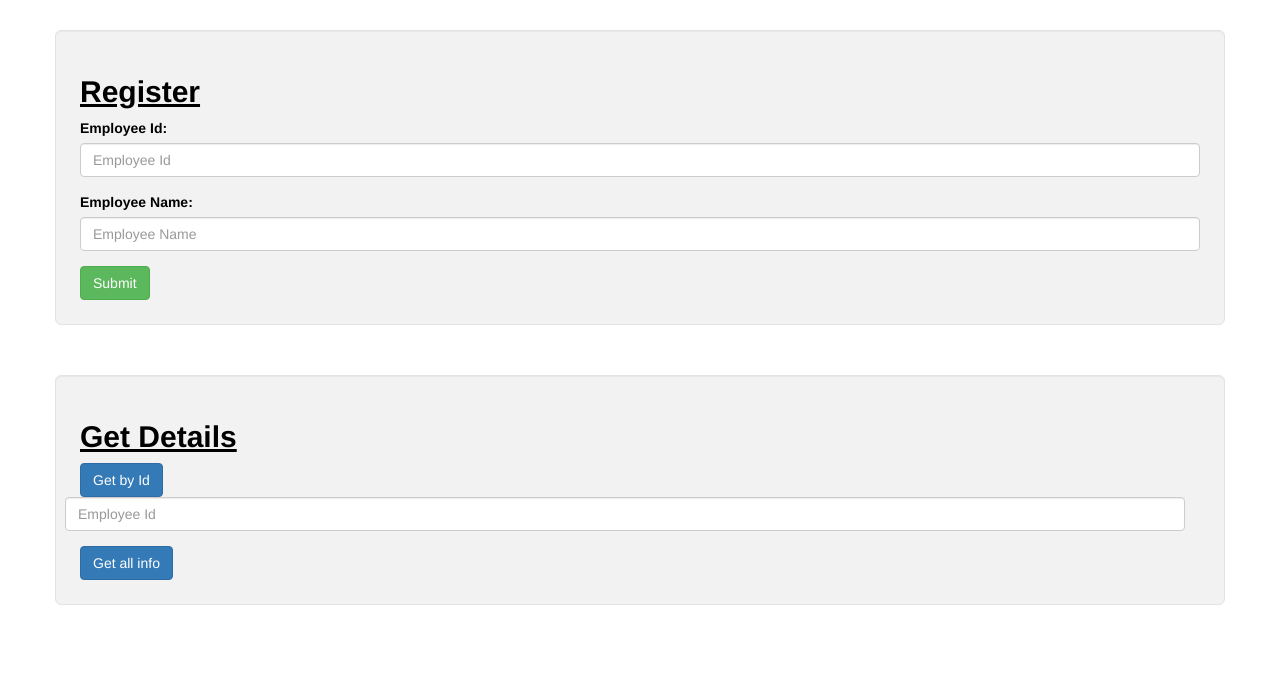
Repository: royakash07/FirstWebApplication
Page: http://localhost/SampleWebApplication/EmployeeProtal.jsp
The author's editor kept a copy of each file at every save. The page is drawn from the files as they stood at one save, then again after the next save.
The browser window is 1280 px wide. The pictures show the whole page.
Some web libraries are served in a nearby version. The page is served by Tomcat 9. Nobody is signed in. The application's start-up code is not run.

Above is the page before, as saved 2017-11-30 05:06:31.

After the next save:
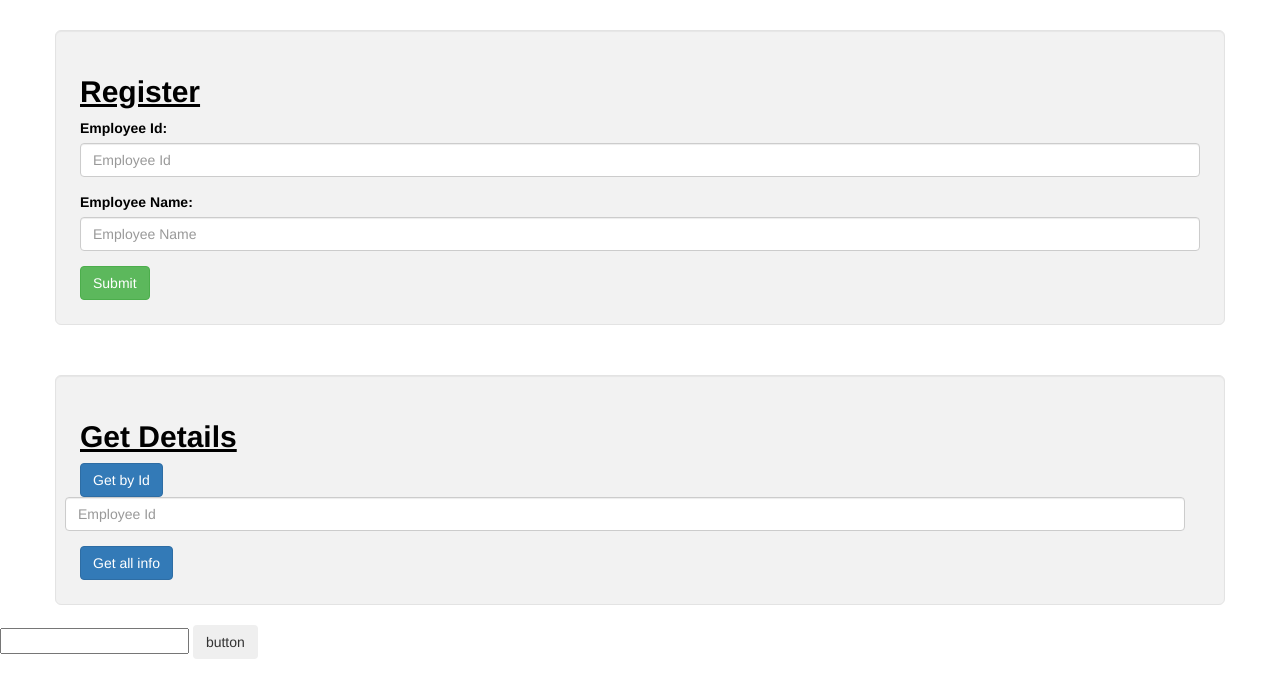
Saved 2 min 41 s later.
--- a/SampleWebApplication/WebContent/EmployeeProtal.jsp
+++ b/SampleWebApplication/WebContent/EmployeeProtal.jsp
@@ -42,5 +42,9 @@ background-color:#F2F2F2;
 	<input type="text" class="form-control form-group row" placeholder="Employee Id">
 	<button type="button" class="btn btn-primary" value="getAllDetails">Get all info</button>
 </div>
+<div class="input-append">
+    <input name="search" id="search"/>
+    <button class="btn">button</button>
+</div>
 </body>
 </html>
